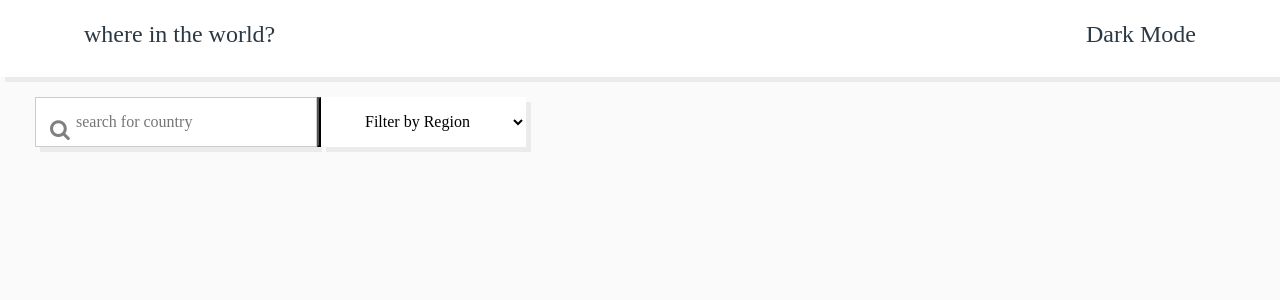
Repository: lamilekan263/countries
Page: /
An editor plug-in stored every save of this project. The page is shown before and after the next save, followed by the edit.
The browser window is 1280 px wide. The pictures show the whole page.
The page's requests for data from a server got no answer. The project was rebuilt for these pictures with package versions that can differ from the ones it lists, and the page was loaded fresh each time. No one was signed in, and anything a server would have sent is missing. Also part of the build but not shown: src/components/country/country.css, src/components/country/country.jsx.

Above is the page before, as saved 2020-07-30 16:20:39.

### src/index.js
import React from 'react';
import ReactDOM from 'react-dom';
import 'bootstrap/dist/css/bootstrap.css'
import App from './App';
import './App.css'

ReactDOM.render(
  <React.StrictMode>
    <App />
  </React.StrictMode>,
  document.getElementById('root')
);

// If you want your app to work offline and load faster, you can change
// unregister() to register() below. Note this comes with some pitfalls.
// Learn more about service workers: https://bit.ly/CRA-PWA
if(module.hot){
  module.hot.accept()
}

### src/App.js
import React, {Component} from 'react';
import NavBar from './components/Navbar/navBar.component'
import CountryList from './components/country-list/country-list.component'
import MyForm from './components/form.component/form.component'

class App extends Component {
  constructor(){
    super();
    this.state={
      countries :[


      ],
      searchValue : ''

      }
  }
    componentDidMount(){
    fetch('https://restcountries.eu/rest/v2/all')
    .then(response => response.json())
    .then(countries => this.setState({countries}))
  }

  handleCountry = e =>{
    this.setState({searchValue : e.target.value})
    console.log(e)

  }

  render() {
    const {countries, searchValue} = this.state
    const filteredCountries = countries.filter(country => country.name.toLowerCase().includes(searchValue.toLowerCase()))
    return (
      <div>
        <NavBar  />
        <MyForm handleChange ={this.handleCountry}/>
          <CountryList countries = {filteredCountries} />


      </div>
    );
  }
}

export default App;

### src/components/Navbar/navBar.component.jsx
import React  from 'react';
import '../Navbar/navbar.styles.css'
const NavBar = () => {
    return (
        <nav >
            <div className="myContainer" id="nav-flex">
                <div>
                    <h1 >where in the world?</h1>
                </div>
                <div>
                    <h1>Dark Mode</h1>
                </div>
            </div>
        </nav>
     );
}

export default NavBar;

### src/components/country-list/country-list.component.jsx
import React from 'react';
import Country from '../country/country'
import './country-list.styles.css'
const CountryList = props => {
    return (
        <div className="country-list container-fluid">
                    <div className="flex-country">
                        {
                            props.countries.map((country,index) => (
                                    <Country key={ index } country ={country}/>
                                    ))
                                }
                    </div>
        </div>
     );
}

export default CountryList;

### src/components/form.component/form.component.jsx
import React, { useState } from 'react';
import Input from "../input.component/input.component"
import SelectDropDownByRegion from '../selectCountryRegion/selectCountryRegion.component'
import './form.styles.css';




const MyForm =props =>{
    const [text, textState] = useState('')
    const onChange = e => textState(e.target.value);

    const onSubmit = e =>{
        e.preventDefault();

    }

    return(
        <div className="container-fluid">
            <form className="myForm" onSubmit = {onSubmit}>
                    <Input onHandleChange={props.handleChange}/>
                    <button></button>
                    <SelectDropDownByRegion/>
            </form>
        </div>
    );
}


export default MyForm

### src/components/Navbar/navbar.styles.css

nav{
    background-color:white;
    color:hsl(209, 23%, 22%);
    box-shadow: 5px 5px rgb(236, 234, 234);
    /* position: fixed; /* Set the navbar to fixed position */
    /* top: 0px;
    overflow: hidden;
    z-index:1; */
    width:100%;

}

h1{
    font-size:1.5em;
}
#nav-flex{
    display:flex;
    justify-content: space-between;
    padding:20px;
}
.myContainer{
    width:90%;
    margin:0 auto;
    overflow:hidden;
}

### src/components/country-list/country-list.styles.css

.country-list{
    padding:0% 7%;
    margin:150px 0 20px;


}
@media(min-width:750px){
    .flex-country{
        display:flex;
        flex-wrap:wrap;
        justify-content: space-around;
    }
}

### src/components/input.component/input.component.jsx
import React from 'react';

import './input.styles.css'


const Input = props =>(
    <div className="fontuser">
            <input type="text"
                    placeholder="search for country"
                     required />
            <i className="fa fa-search fa-lg" >{props.onHandleChange}</i>
    </div>
)

export default Input;

### src/components/selectCountryRegion/selectCountryRegion.component.jsx
import React from 'react';

import './selectCountryRegion.styles.css'

const SelectDropDownByRegion = () =>(
    <select name="Filter by Region">
        <option value="">Filter by Region</option>
        <option value="Africa">Africa</option>
        <option value="Americas">Americas</option>
        <option value="Asia">Asia</option>
        <option value="Europe">Europe</option>
        <option value="Oceania">Oceania</option>
    </select>
)


export default SelectDropDownByRegion

### src/components/form.component/form.styles.css
.myForm{
    position:absolute;
    top:30;
    left:10;
    display: flex;
    justify-content: space-between;
    margin:20px;
}

### src/components/input.component/input.styles.css
input{
    width:100%;
    border:none;
    box-shadow:5px 5px rgb(236, 234, 234);

    padding: 12px 40px;

    display: inline-block;
    border: 1px solid #ccc;
    box-sizing: border-box;
}
input :active{
    border: 1px solid red;

}
i{
    position: absolute;
    left: 15px;
    top: 25px;
    color: gray;
}

### src/components/selectCountryRegion/selectCountryRegion.styles.css
select{
    padding: 12px 40px;
    border: none;
    background-color: #fff;
    box-shadow:5px 5px rgb(236, 234, 234);
}

Loaded but not shown: public/index.html (common file); src/App.css (common file)

After the next save:
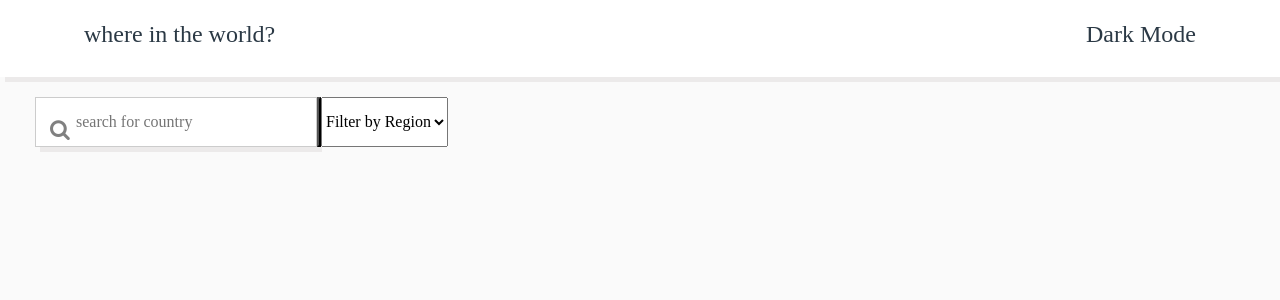
Saved 4 min 6 s later.
--- a/src/components/selectCountryRegion/selectCountryRegion.styles.css
+++ b/src/components/selectCountryRegion/selectCountryRegion.styles.css
@@ -1,6 +1,58 @@
-select{
-    padding: 12px 40px;
-    border: none;
-    background-color: #fff;
-    box-shadow:5px 5px rgb(236, 234, 234);
-}
+.custom-select {
+    position: relative;
+    font-family: Arial;
+  }
+
+  .custom-select select {
+    display: none; /*hide original SELECT element: */
+  }
+
+  .select-selected {
+    background-color: DodgerBlue;
+  }
+
+  /* Style the arrow inside the select element: */
+  .select-selected:after {
+    position: absolute;
+    content: "";
+    top: 14px;
+    right: 10px;
+    width: 0;
+    height: 0;
+    border: 6px solid transparent;
+    border-color: #fff transparent transparent transparent;
+  }
+
+  /* Point the arrow upwards when the select box is open (active): */
+  .select-selected.select-arrow-active:after {
+    border-color: transparent transparent #fff transparent;
+    top: 7px;
+  }
+
+  /* style the items (options), including the selected item: */
+  .select-items div,.select-selected {
+    color: #ffffff;
+    padding: 8px 16px;
+    border: 1px solid transparent;
+    border-color: transparent transparent rgba(0, 0, 0, 0.1) transparent;
+    cursor: pointer;
+  }
+
+  /* Style items (options): */
+  .select-items {
+    position: absolute;
+    background-color: DodgerBlue;
+    top: 100%;
+    left: 0;
+    right: 0;
+    z-index: 99;
+  }
+
+  /* Hide the items when the select box is closed: */
+  .select-hide {
+    display: none;
+  }
+
+  .select-items div:hover, .same-as-selected {
+    background-color: rgba(0, 0, 0, 0.1);
+  }
